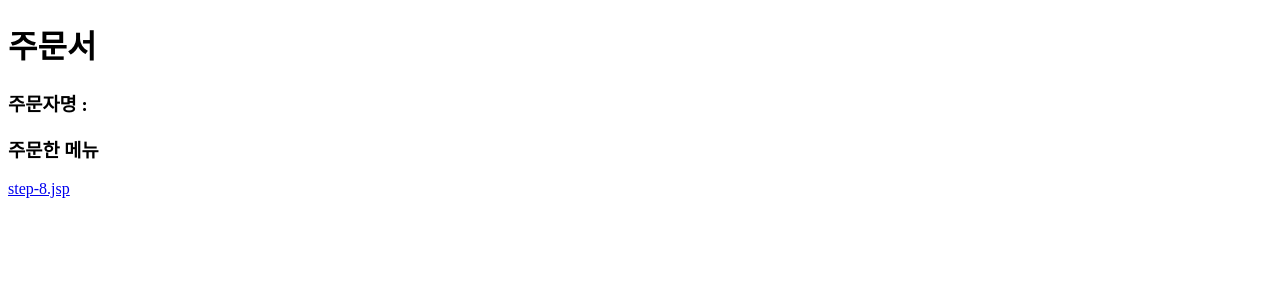
Repository: HaeunOh/study
Page: http://localhost/jstl_study/step-7.jsp
An editor plug-in stored every save of this project. The page is shown before and after the next save, followed by the edit.
The browser window is 1280 px wide. The pictures show the whole page.
The page is served by Tomcat 9. Other server files are loaded and not shown.

Above is the page before, as saved 2024-04-11 05:43:16.

### _jstl_workspace/jstl_study/src/main/webapp/step-7.jsp
<%@ page language="java" contentType="text/html; charset=UTF-8"
    pageEncoding="UTF-8"%>
    <%@ taglib uri="http://java.sun.com/jsp/jstl/core" prefix="c"%>
    <%
    //post방식의 한글처리
    request.setCharacterEncoding("utf-8");
    %>
<!DOCTYPE html>
<html>
<head>
<meta charset="UTF-8">
<title>Insert title here</title>
</head>
<body>
	<h1>주문서</h1>
 	<h3>
 	주문자명 : ${param.name } <br>
 	<h3> 주문한 메뉴 </h3>
 	<c:forEach items="${paramValues.food }" var="orderName" varStatus="i">
 		${i.count}. ${orderName }<br>
 	</c:forEach>

 	<a href="step-8.jsp"> step-8.jsp </a>
</body>
</html>

After the next save:
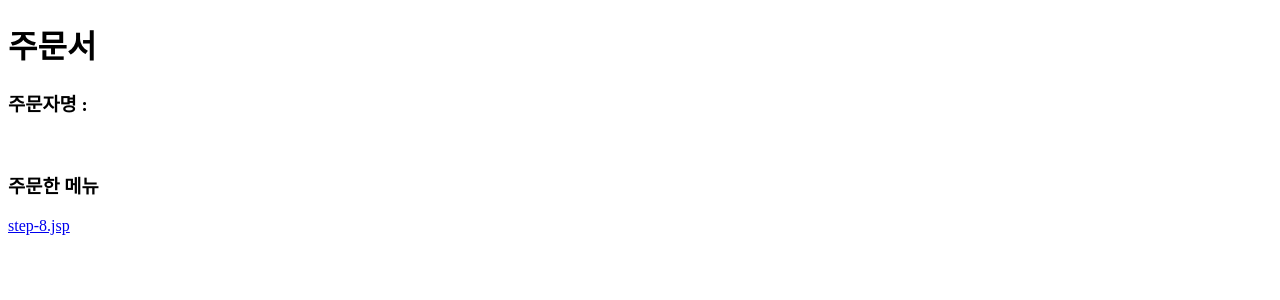
Saved 24 s later.
--- a/_jstl_workspace/jstl_study/src/main/webapp/step-7.jsp
+++ b/_jstl_workspace/jstl_study/src/main/webapp/step-7.jsp
@@ -14,7 +14,7 @@
 <body>
 	<h1>주문서</h1>
  	<h3>
- 	주문자명 : ${param.name } <br>
+ 	주문자명 : ${param.name } </h3> <br>
  	<h3> 주문한 메뉴 </h3>
  	<c:forEach items="${paramValues.food }" var="orderName" varStatus="i">
  		${i.count}. ${orderName }<br>
